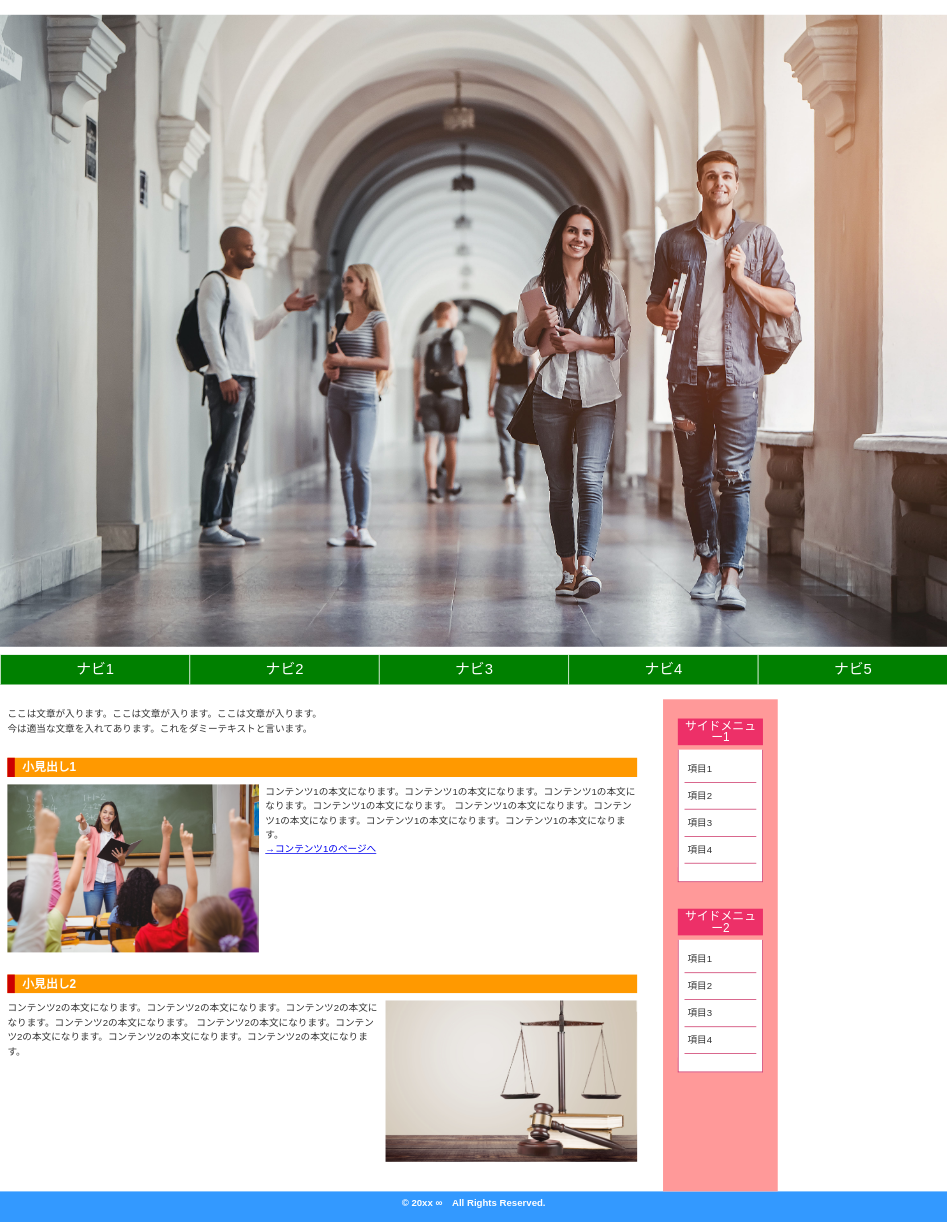
Repository: makamaka2021/samurai_HTML-CSS
Page: home.html
The author's editor kept a record of every edit. The page is drawn from the files as they stood at one moment, then again after the next edit.
The browser window is 1280 px wide. The pictures show the whole page, at 74% of full size.

Above is the page before.

After the next edit:
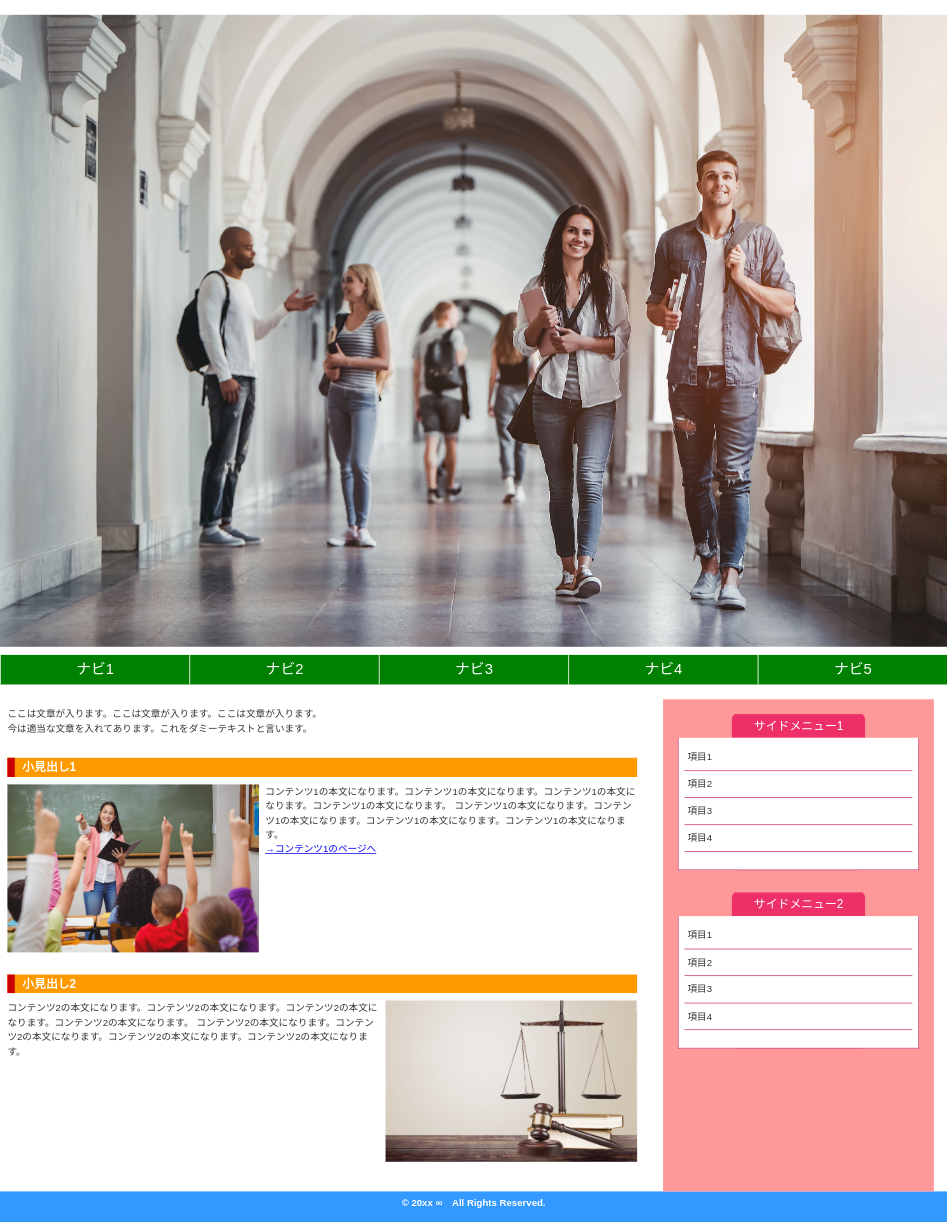
The edit:
--- a/stylesheet.css
+++ b/stylesheet.css
@@ -142,8 +142,7 @@
 
 /* -------------------- side -------------------- */
 #side {
-  float: right;
-  width:30%;
+  width:85%;
   padding:20px;
   background-color: #F99;
 }
